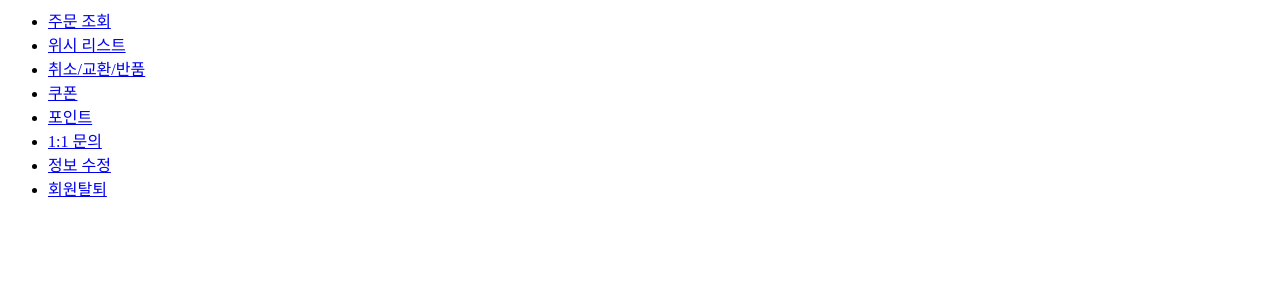
Repository: keepsus/gaebokchi
Page: http://localhost/uzuslime/mypage/myPageMenu.jsp
These files come from the project's save history. The page is drawn as it stood at one moment and after the next save; the edit follows.
The browser window is 1280 px wide. The pictures show the whole page.
The page is served by Tomcat 9. Nobody is signed in. The application's start-up code is not run. Other server files are loaded and not shown.

Above is the page before, as saved 2021-01-30 09:35:10.

### uzuslime/src/main/webapp/mypage/myPageMenu.jsp
<%@ page language="java" contentType="text/html; charset=UTF-8"
    pageEncoding="UTF-8"%>
<%@ taglib prefix="c" uri="http://java.sun.com/jsp/jstl/core" %>

 <div class="list-wrap">
     <ul class="menu-links">
         <li><a href="#">주문 조회</a></li>
         <li><a href="#">위시 리스트</a></li>
         <li><a href="#">취소/교환/반품</a></li>
         <li><a href="#">쿠폰</a></li>
         <li><a href="#">포인트</a></li>
         <li><a href="#">1:1 문의</a></li>
         <li><a href="#">정보 수정</a></li>
         <li><a href="#">회원탈퇴</a></li>
     </ul>
 </div>

After the next save:
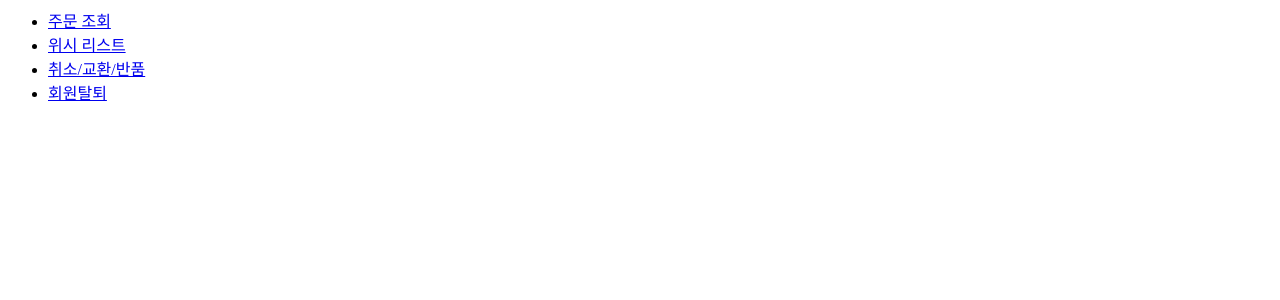
Saved 3 min 34 s later.
--- a/uzuslime/src/main/webapp/mypage/myPageMenu.jsp
+++ b/uzuslime/src/main/webapp/mypage/myPageMenu.jsp
@@ -7,10 +7,7 @@
          <li><a href="#">주문 조회</a></li>
          <li><a href="#">위시 리스트</a></li>
          <li><a href="#">취소/교환/반품</a></li>
-         <li><a href="#">쿠폰</a></li>
-         <li><a href="#">포인트</a></li>
-         <li><a href="#">1:1 문의</a></li>
-         <li><a href="#">정보 수정</a></li>
+
          <li><a href="#">회원탈퇴</a></li>
      </ul>
  </div>
